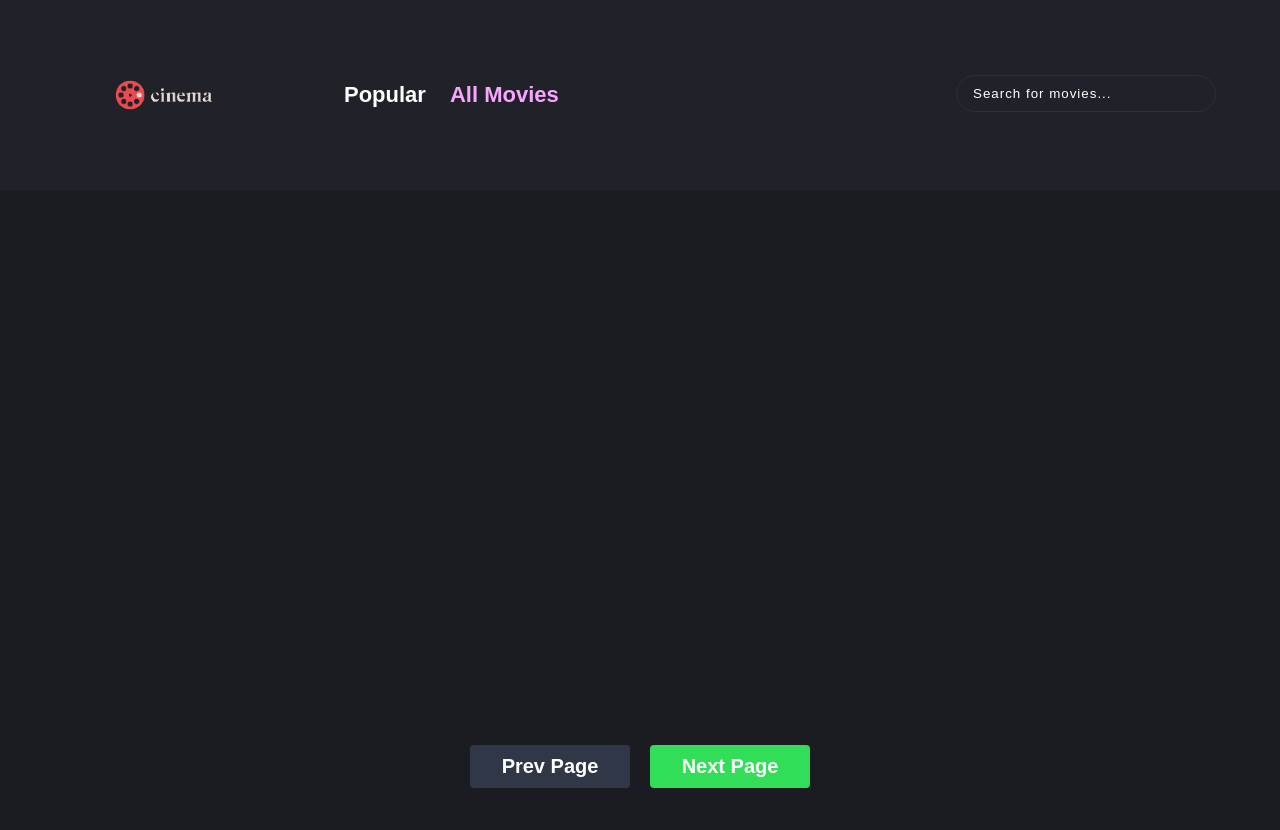
Repository: Datt21/movie-app
Page: /, after clicking the first element matching `div.hidden > :nth-child(2)`
These files come from the project's save history. The page is drawn as it stood at one moment and after the next save; the edit follows.
The browser window is 1280 px wide. The pictures show the whole page.
The page's requests for data from a server got no answer. The project was rebuilt for these pictures with package versions that can differ from the ones it lists, and the page was loaded fresh each time. No one was signed in, and anything a server would have sent is missing. Also part of the build but not shown: src/components/GlobalComponents/Loader.js.

Above is the page before, as saved 2021-09-08 23:56:51.

After the next save:
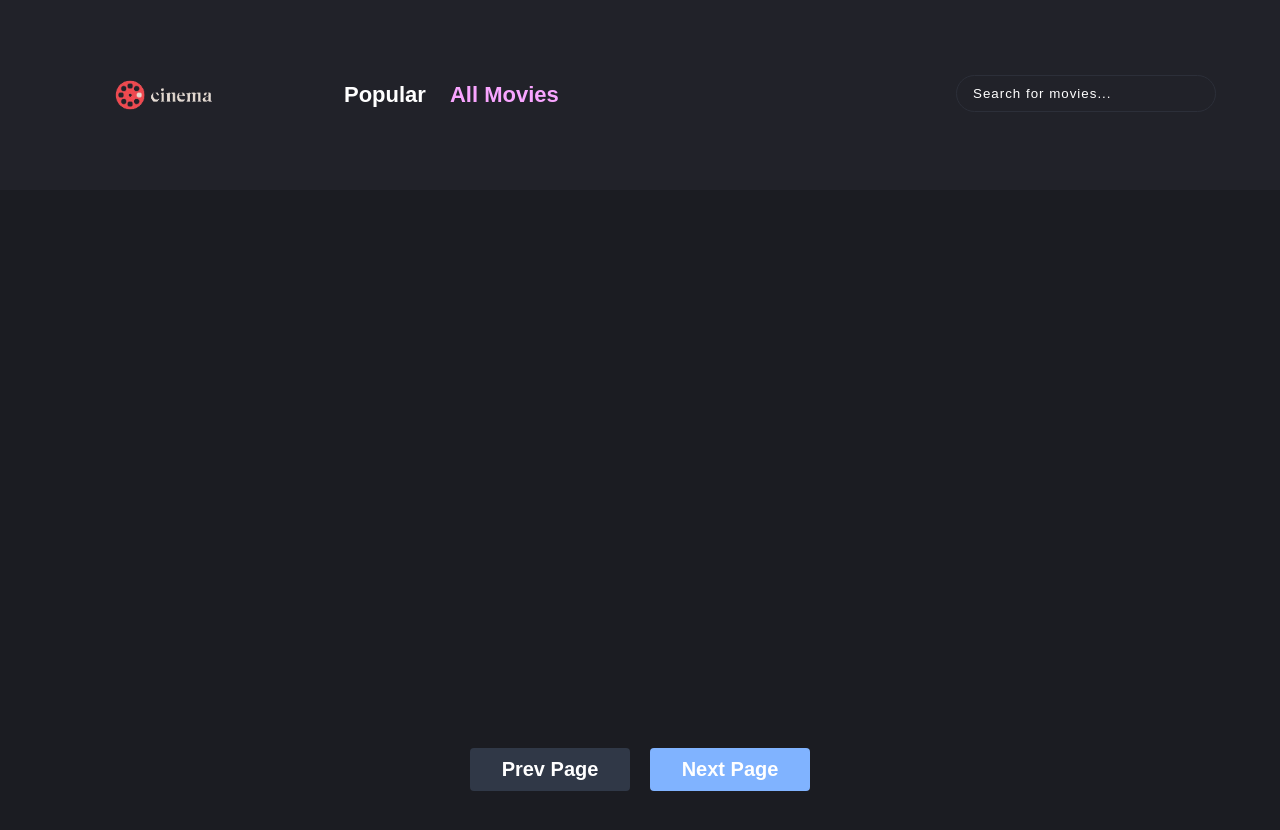
Saved 8 min 9 s later.
--- a/src/components/Movies/MoviesPagination.js
+++ b/src/components/Movies/MoviesPagination.js
@@ -15,7 +15,7 @@ const MoviesPagination = () => {
             <button
               style={{
                 cursor: currentPage !== 1 ? "pointer" : "not-allowed",
-                background: currentPage !== 1 ? "#32de57" : "#303847",
+                background: currentPage !== 1 ? "#80b3ff" : "#303847",
               }}
               onClick={() => newPage("previous")}
             >
@@ -33,14 +33,14 @@ const styles = css`
   width: 100%;
   .container {
     &:nth-child(1) {
-      height: 80px;
+      height: 60px;
       display: flex;
       align-items: center;
       justify-content: center;
       button {
         border: none;
         outline: none;
-        background: #32de57;
+        background: #80b3ff;
         color: #fff;
         font-size: 20px;
         font-weight: 600;
@@ -52,7 +52,7 @@ const styles = css`
         margin: 0 10px;
         transition: background 500ms ease-in-out;
         &:hover {
-          background: #259a3e;
+          background: #4d94ff;
         }
       }
     }
